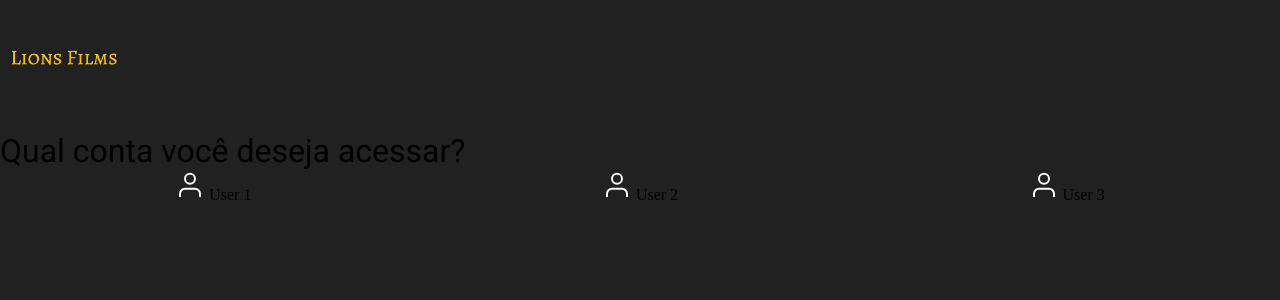
Repository: Leonngc/streaming-project
Page: index.html
These files come from the project's save history. The page is drawn as it stood at one moment and after a run of saves; the edit follows.
The browser window is 1280 px wide. The pictures show the whole page.
The style sheet was rebuilt from its Sass, Less or Tailwind sources for each picture, by a compiler version that may differ from the author's.

Above is the page before, as saved 2023-09-02 12:37:46.

After the next 3 saves:
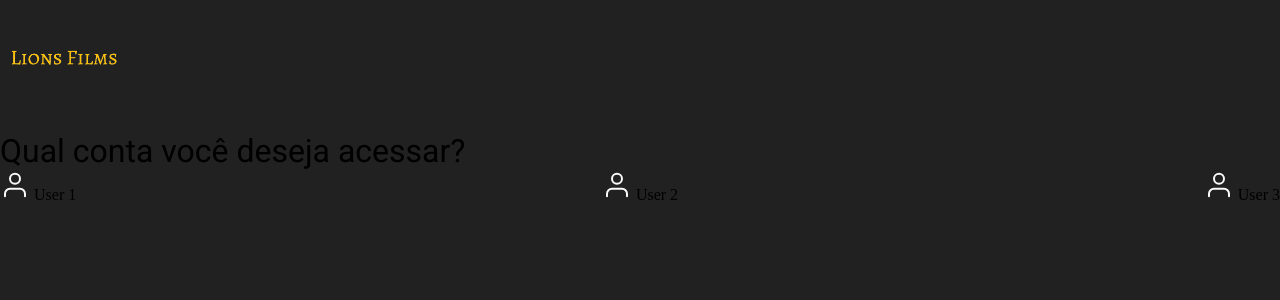
The 3 saves are shown as one change because they came seconds apart.
The last was saved 14 s later.
--- a/index.html
+++ b/index.html
@@ -12,7 +12,7 @@
     </header>
     <main>
         <h1 class="roboto f400 font-title">Qual conta você deseja acessar?</h1>
-        <div class="user-container flex align-center justify-space-around">
+        <div class="user-container flex align-center justify-space-between">
             <div class="users">
                 <a href=""><img src="streaming-assets/user.svg" alt=""></a>
                 <span>User 1</span>
